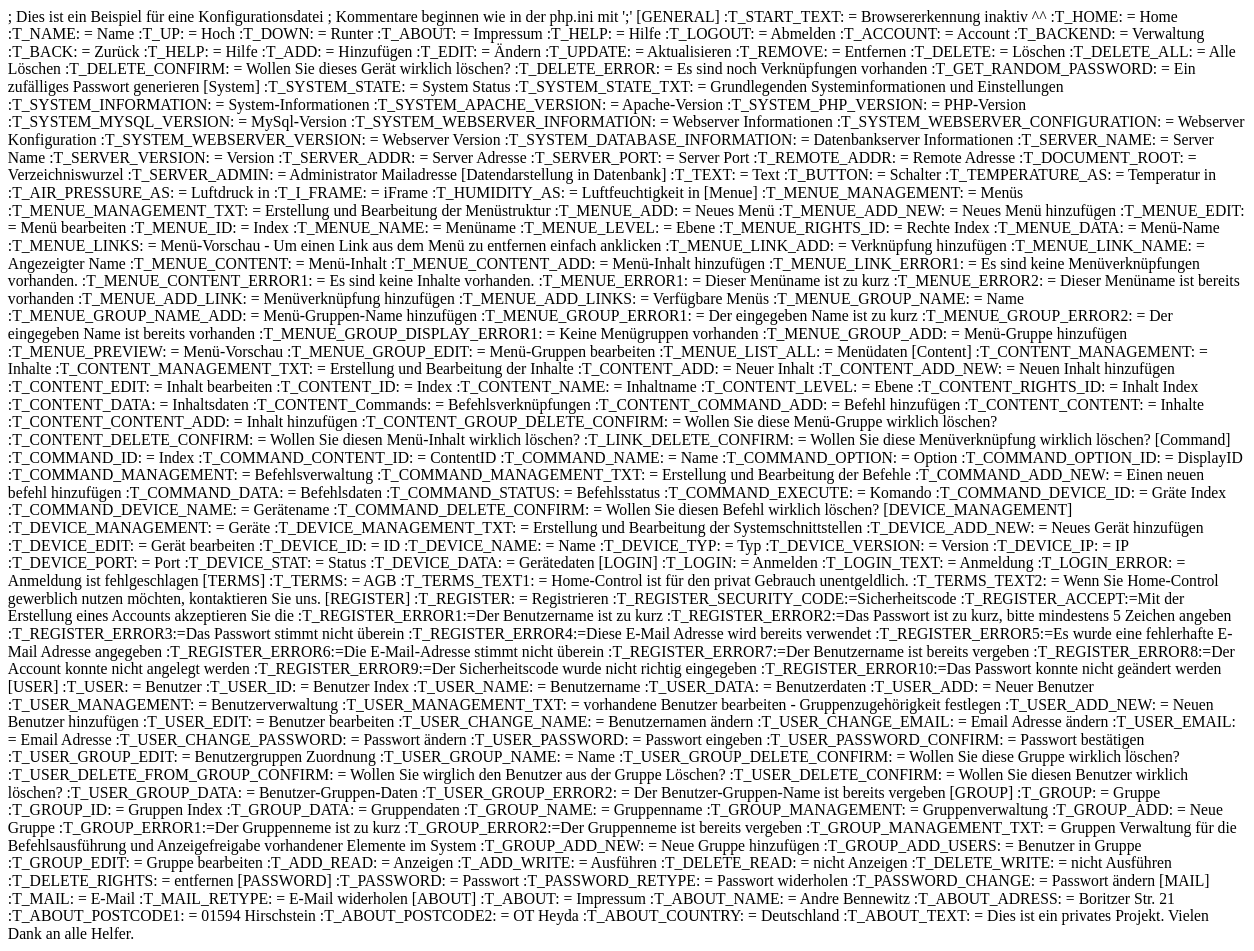
Repository: 0xF3ERROR/Home-Control
Page: http://localhost/language/lang_Ger.php
These files come from the project's save history. The page is drawn as it stood at one moment and after the next save; the edit follows.
The browser window is 1280 px wide. The pictures show the whole page, at 98% of full size.
The page is run by PHP 8.4 with error messages shown; the project is at /var/www/html/.

Above is the page before, as saved 2012-09-16 18:31:13.

After the next save:
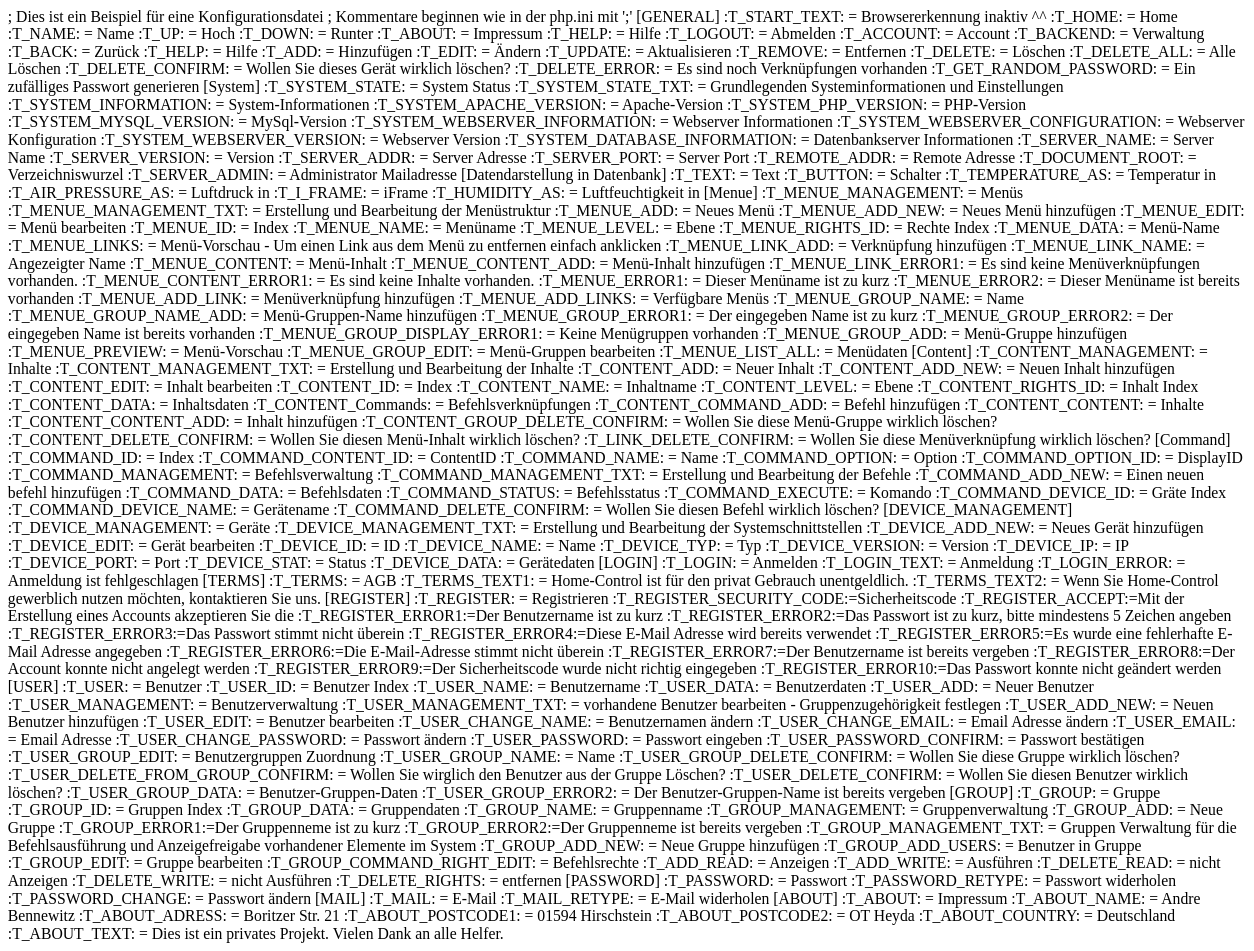
Saved 42 s later.
--- a/Source/language/lang_Ger.php
+++ b/Source/language/lang_Ger.php
@@ -209,6 +209,7 @@
 :T_GROUP_ADD_NEW: = Neue Gruppe hinzufügen
 :T_GROUP_ADD_USERS: = Benutzer in Gruppe
 :T_GROUP_EDIT: = Gruppe bearbeiten
+:T_GROUP_COMMAND_RIGHT_EDIT: = Befehlsrechte
 :T_ADD_READ: = Anzeigen
 :T_ADD_WRITE: = Ausführen
 :T_DELETE_READ: = nicht Anzeigen
